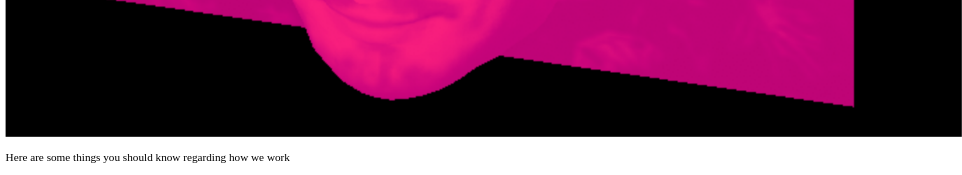
Repository: ThuTrang-jvb/JVB-BT1
Page: Page 2/listing.html
These files come from the project's save history. The page is drawn as it stood at one moment and after the next save; the edit follows.
The browser window is 1280 px wide. The page is 1374 px wide, so the pictures cover 1374 px, including what lies to the right of the window. The pictures show the part of the page from y = 1798 to 3558 px (the page is 2048 px tall before and 14170 px after), at 70% of full size.

Above is the page before, as saved 2025-06-24 13:49:29.

After the next save:
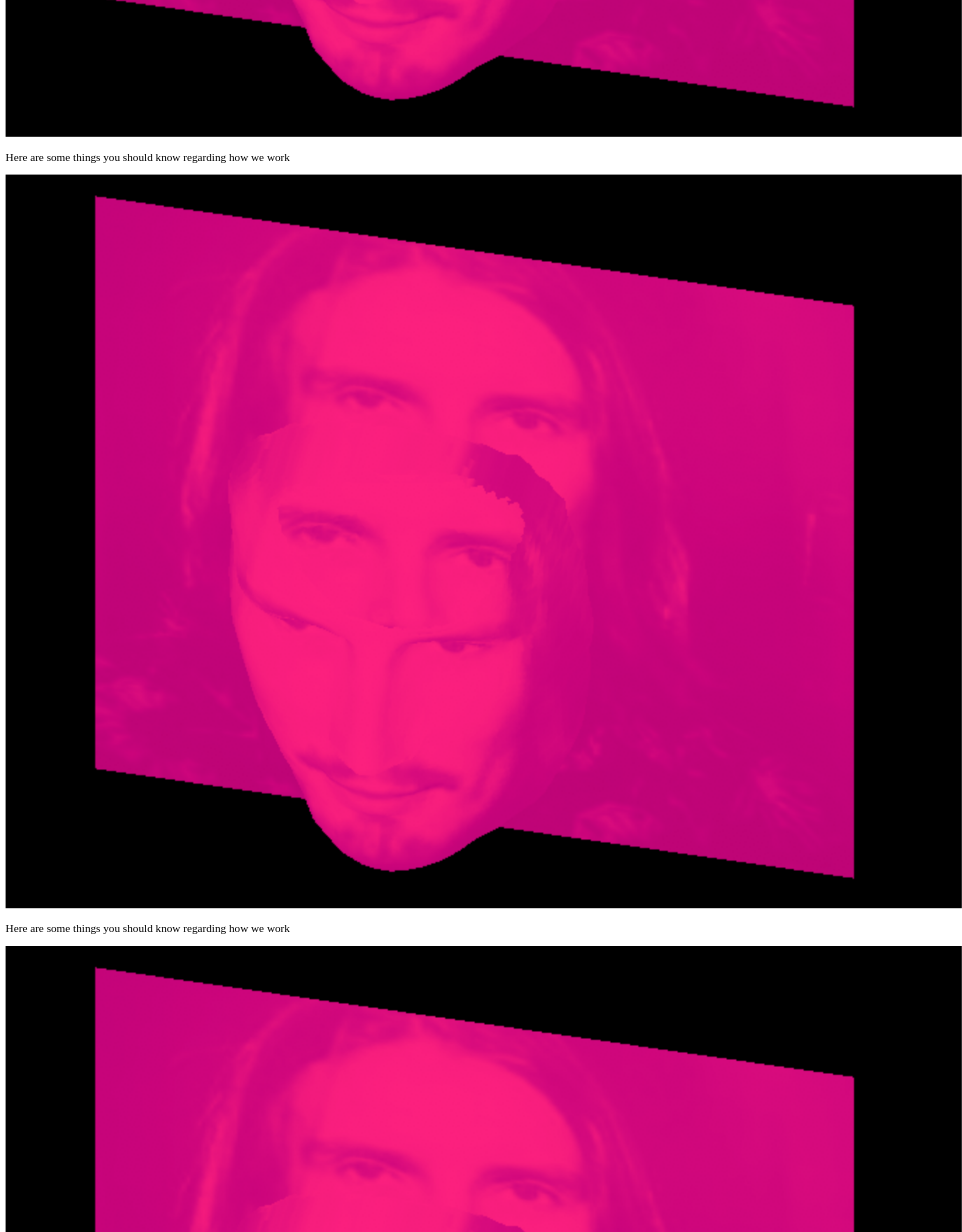
Saved 23 s later.
--- a/Page 2/listing.html
+++ b/Page 2/listing.html
@@ -27,6 +27,51 @@
                 <img src="image/image.png" alt="Rectangle 12">
                 <p>Here are some things you should know regarding how we work </p>
             </div>
+            <div>
+                <img src="image/image.png" alt="Rectangle 12">
+                <p>Here are some things you should know regarding how we work </p>
+            </div>
+            <div>
+                <img src="image/image.png" alt="Rectangle 12">
+                <p>Here are some things you should know regarding how we work </p>
+            </div>
+            <div>
+                <img src="image/image.png" alt="Rectangle 12">
+                <p>Here are some things you should know regarding how we work </p>
+            </div>
+            <div>
+                <img src="image/image.png" alt="Rectangle 12">
+                <p>Here are some things you should know regarding how we work </p>
+            </div>
+            <div>
+                <img src="image/image.png" alt="Rectangle 12">
+                <p>Here are some things you should know regarding how we work </p>
+            </div>
+            <div>
+                <img src="image/image.png" alt="Rectangle 12">
+                <p>Here are some things you should know regarding how we work </p>
+            </div>
+            <div>
+                <img src="image/image.png" alt="Rectangle 12">
+                <p>Here are some things you should know regarding how we work </p>
+            </div>
+            <div>
+                <img src="image/image.png" alt="Rectangle 12">
+                <p>Here are some things you should know regarding how we work </p>
+            </div>
+            <div>
+                <img src="image/image.png" alt="Rectangle 12">
+                <p>Here are some things you should know regarding how we work </p>
+            </div>
+            <div>
+                <img src="image/image.png" alt="Rectangle 12">
+                <p>Here are some things you should know regarding how we work </p>
+            </div>
+            <div>
+                <img src="image/image.png" alt="Rectangle 12">
+                <p>Here are some things you should know regarding how we work </p>
+            </div>
+
         </div>
     </div>
 
